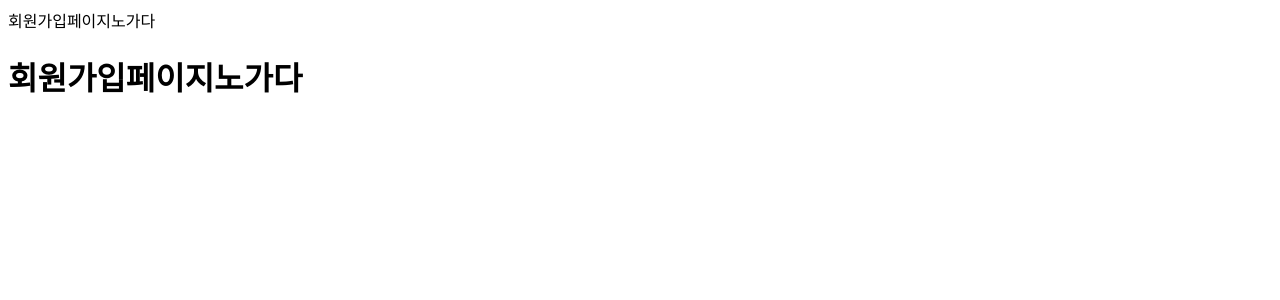
Repository: chhann/korit_back_5_web_servlet_study
Page: http://localhost/product/auth/signup.do
These files come from the project's save history. The page is drawn as it stood at one moment and after the next save; the edit follows.
The browser window is 1280 px wide. The pictures show the whole page.
The page is served by Tomcat 9. Other server files are loaded and not shown.

Above is the page before, as saved 2024-02-15 07:35:16.

### product/src/main/java/com/study/product/servlet/UserManagementPageServlet.java
package com.study.product.servlet;

import java.io.IOException;
import javax.servlet.ServletException;
import javax.servlet.annotation.WebServlet;
import javax.servlet.http.HttpServlet;
import javax.servlet.http.HttpServletRequest;
import javax.servlet.http.HttpServletResponse;


@WebServlet("/auth/signup.do")
public class UserManagementPageServlet extends HttpServlet {
	private static final long serialVersionUID = 1L;


    public UserManagementPageServlet() {
        super();

    }


	protected void doGet(HttpServletRequest request, HttpServletResponse response) throws ServletException, IOException {
		String html = null;

		StringBuilder builder = new StringBuilder();
		builder.append("<html>");
			builder.append("<head>");
				builder.append("<tilte>회원가입페이지노가다</tilte>");
			builder.append("</head>");
			builder.append("<body>");
				builder.append("<h1>회원가입페이지노가다</h1>");
			builder.append("</body>");
		builder.append("</html>");

		html = builder.toString();


		response.setContentType("text/html");
		response.getWriter().println(html);


	}



}

After the next save:
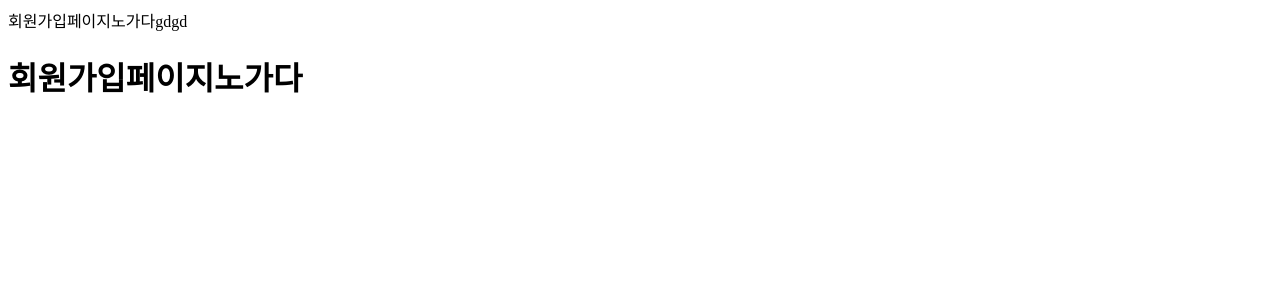
Saved 20 s later.
--- a/product/src/main/java/com/study/product/servlet/UserManagementPageServlet.java
+++ b/product/src/main/java/com/study/product/servlet/UserManagementPageServlet.java
@@ -25,7 +25,7 @@ public class UserManagementPageServlet extends HttpServlet {
 		StringBuilder builder = new StringBuilder();
 		builder.append("<html>");
 			builder.append("<head>");
-				builder.append("<tilte>회원가입페이지노가다</tilte>");
+				builder.append("<tilte>회원가입페이지노가다gdgd</tilte>");
 			builder.append("</head>");
 			builder.append("<body>");
 				builder.append("<h1>회원가입페이지노가다</h1>");
